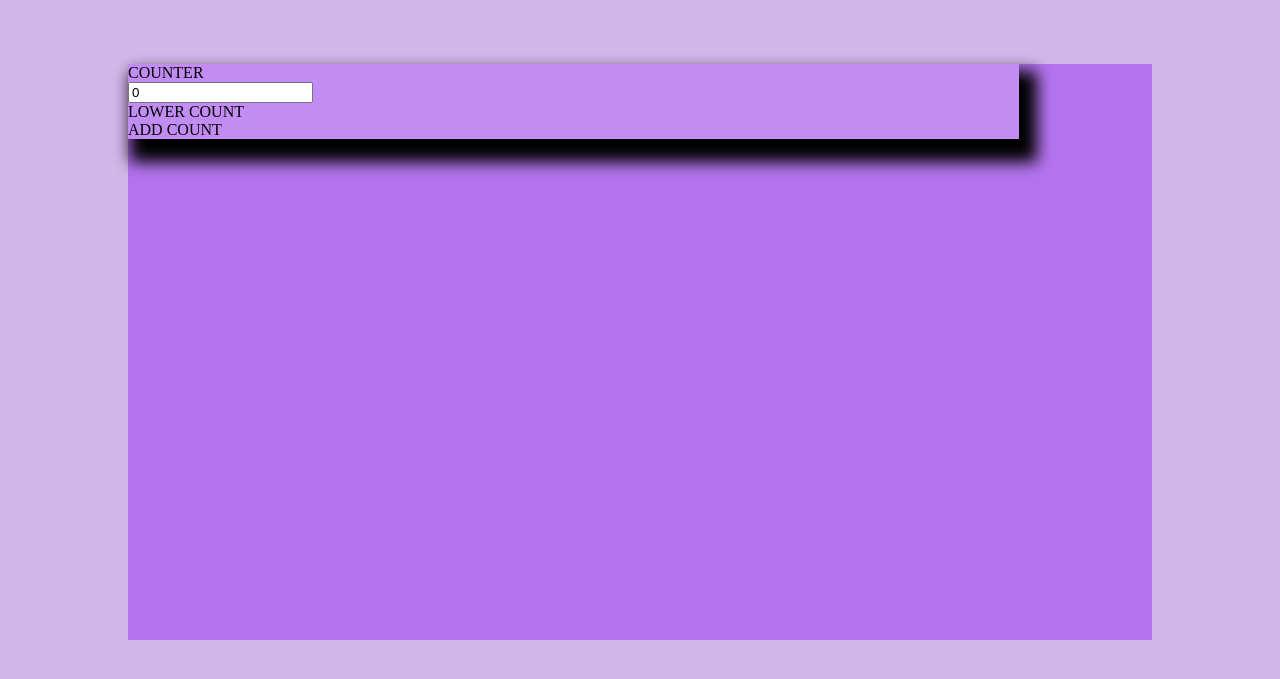
Repository: AnahitKhechumyan/Counter
Page: index.html
An editor plug-in stored every save of this project. The page is shown before and after the next save, followed by the edit.
The browser window is 1280 px wide. The pictures show the whole page.

Above is the page before, as saved 2022-02-14 17:02:35.

After the next save:
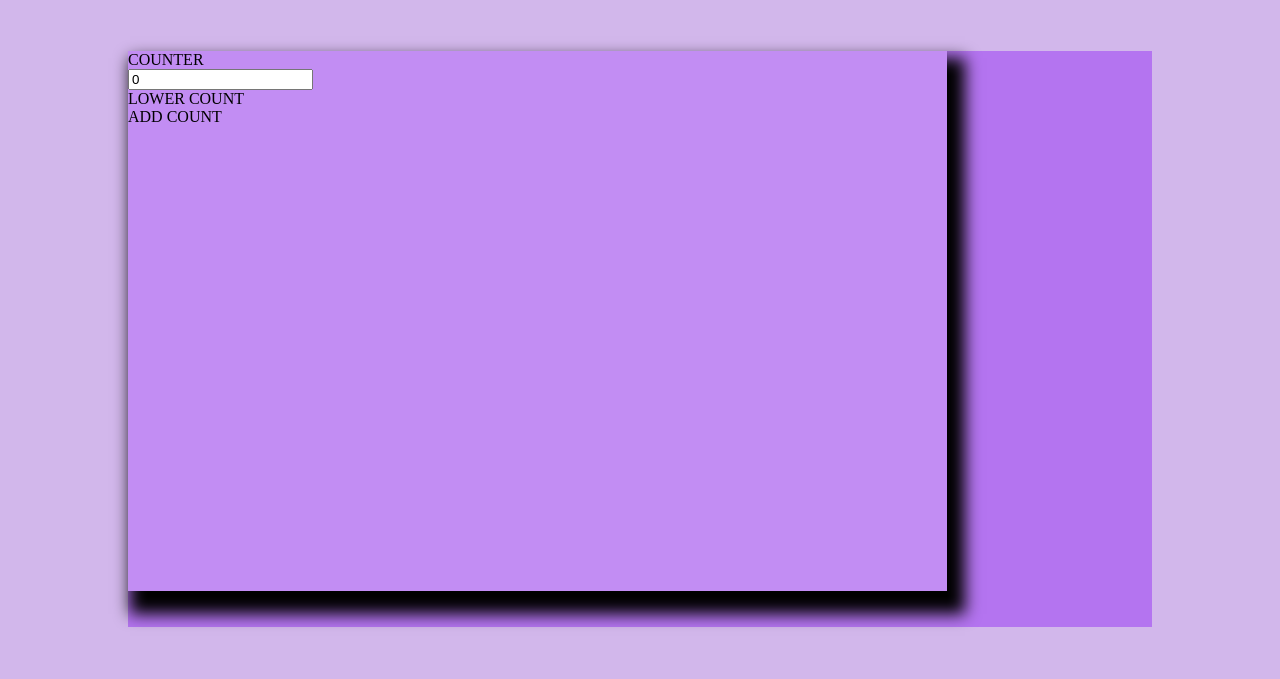
Saved 57 s later.
--- a/style.css
+++ b/style.css
@@ -6,12 +6,13 @@
     background-color: rgb(180, 116, 240);
     width: 80%;
     height: 80vh;
-    margin: 5% 10% ;
+    margin: 3% 10% ;
 
 }
 .main{
     background-color: rgb(194, 141, 243);
-    width: 87%;
+    width: 80%;
+    height: 75vh;
     margin-top: 5%;
     margin-bottom: 5%;
     box-shadow: 10px 15px 15px 8px;
